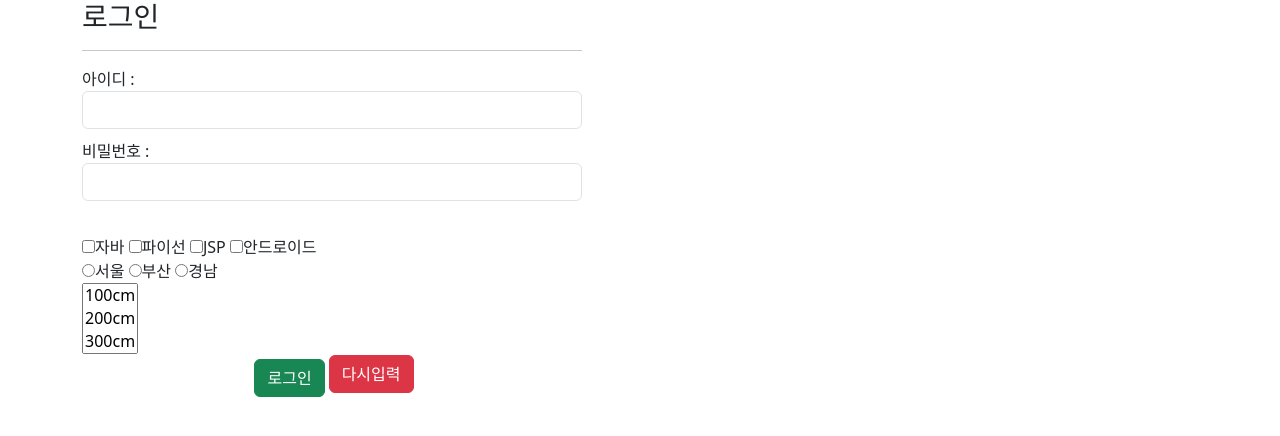
Repository: papepopopy/javascript
Page: http://localhost/webjsp/ex01/sample02/login_request.jsp
An editor plug-in stored every save of this project. The page is shown before and after the next save, followed by the edit.
The browser window is 1280 px wide. The pictures show the whole page.
The page is served by Tomcat 9. Nobody is signed in. The application's start-up code is not run.

Above is the page before, as saved 2024-06-26 04:12:30.

After the next save:
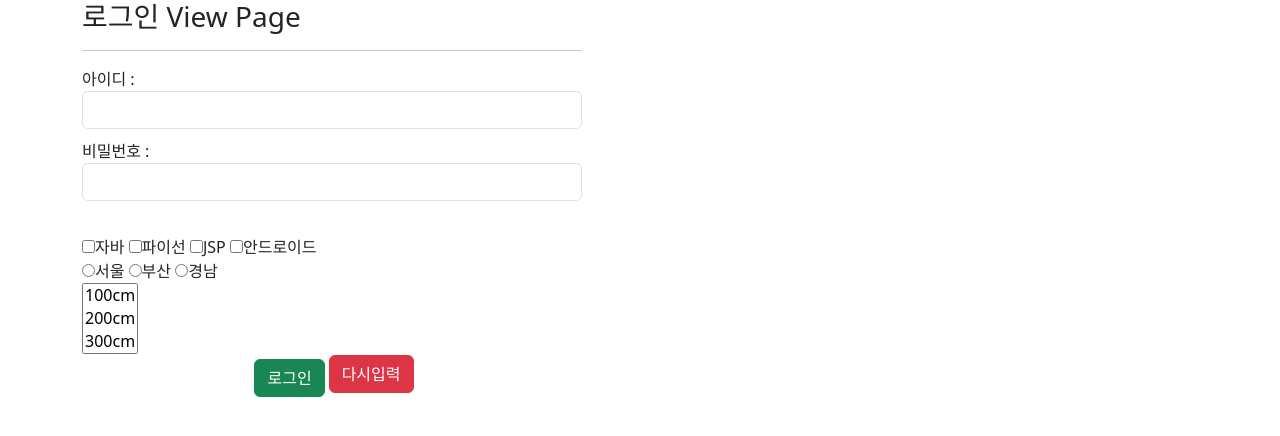
Saved 6 s later.
--- a/jspStudy/jspStudy/webjsp/src/main/webapp/ex01/sample02/login_request.jsp
+++ b/jspStudy/jspStudy/webjsp/src/main/webapp/ex01/sample02/login_request.jsp
@@ -1,5 +1,4 @@
-<%@ page language="java" contentType="text/html; charset=UTF-8"
-    pageEncoding="UTF-8"%>
+<%@ page language="java" contentType="text/html; charset=UTF-8" pageEncoding="UTF-8"%>
 <!DOCTYPE html>
 <html>
 <head>
@@ -18,7 +17,7 @@
 <body>
 	<div class="container">
 		<div class="login">
-			<h3>로그인</h3>
+			<h3>로그인 View Page</h3>
 		    <hr>
 		    <form action="/webjsp/login" method="post">
 		    	<div>
